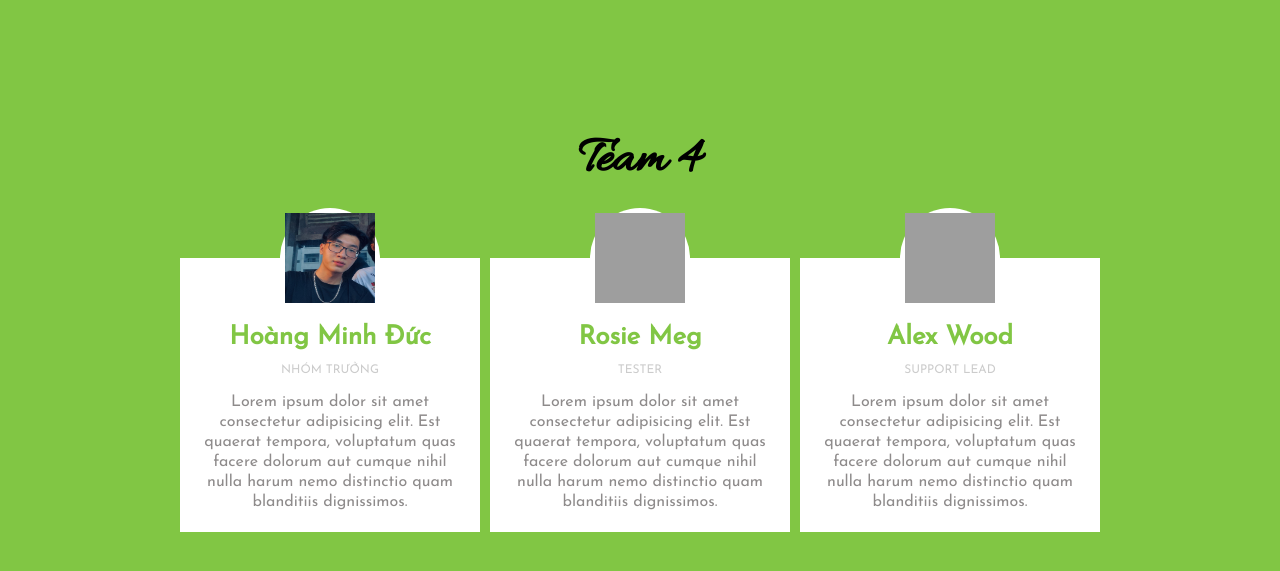
Repository: DuckyNumberONS/webcanhan
Page: index.html
These files come from the project's save history. The page is drawn as it stood at one moment and after the next save; the edit follows.
The browser window is 1280 px wide. The pictures show the whole page.
Pictures or frames that could not be fetched are drawn as grey boxes.

Above is the page before, as saved 2022-10-03 07:41:48.

After the next save:
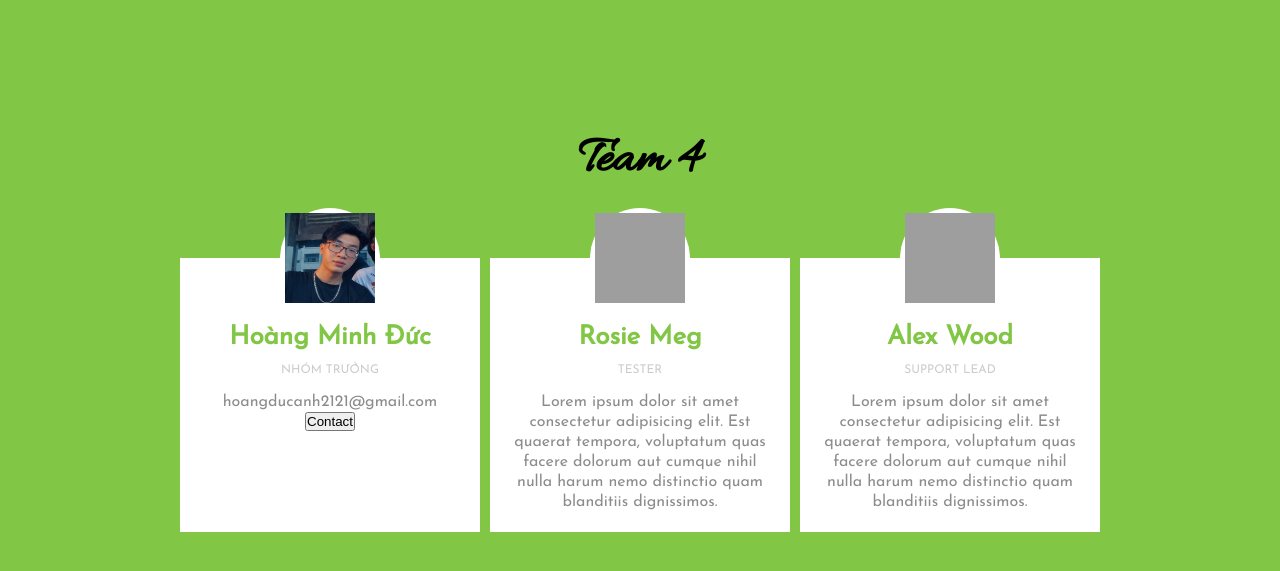
Saved 2 min 7 s later.
--- a/index.html
+++ b/index.html
@@ -15,10 +15,14 @@
           </div>
           <h3>Hoàng Minh Đức</h3>
           <p class="role">Nhóm trưởng</p>
+          <div class="mxh">
+            <i class="icon-nav ti-facebook"><a href="#"></a></i>
+            <i class="icon-nav ti-twitter-alt"><a href="#"></a></i>
+            <i class="icon-nav ti-instagram"><a href="#"></a></i>
+          </div>
+          <p>hoangducanh2121@gmail.com</p>
           <p>
-            Lorem ipsum dolor sit amet consectetur adipisicing elit. Est quaerat
-            tempora, voluptatum quas facere dolorum aut cumque nihil nulla harum
-            nemo distinctio quam blanditiis dignissimos.
+            <button class="button"><a href="#"></a>Contact</button>
           </p>
         </div>
         <div class="team_member">
